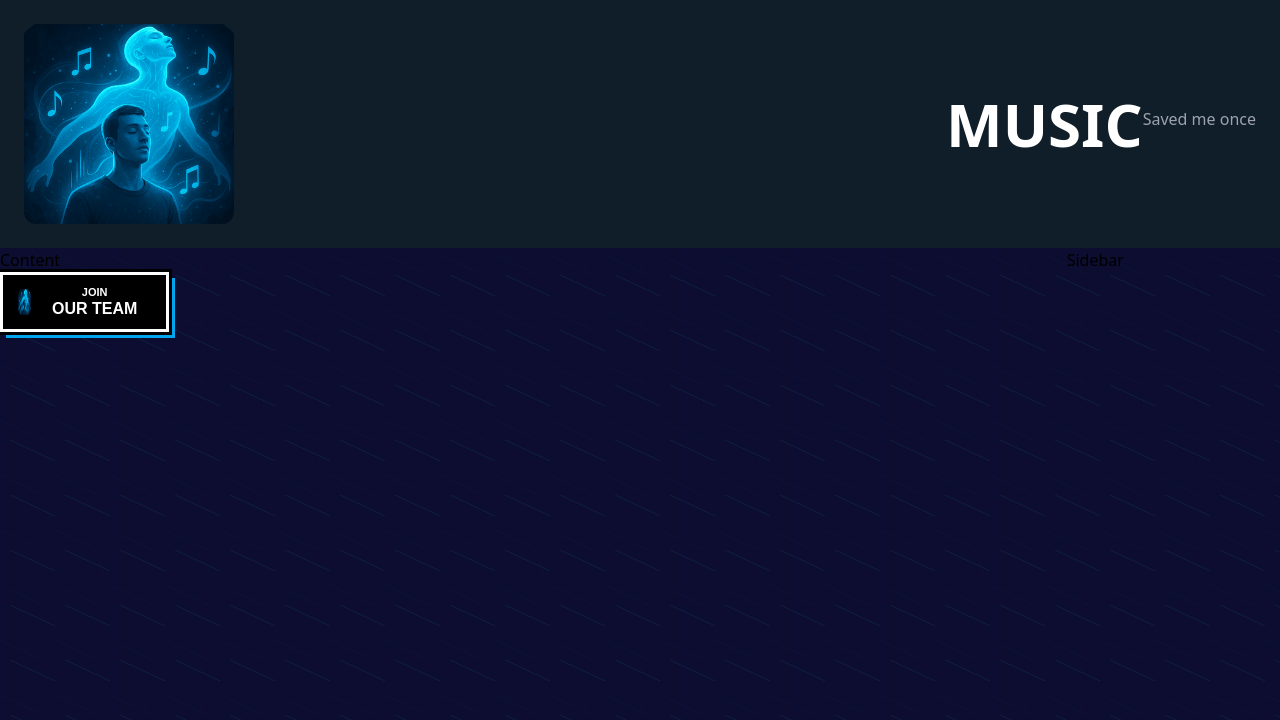
Repository: ItsMe-Pal/something
Page: index.html
An editor plug-in stored every save of this project. The page is shown before and after the next save, followed by the edit.
The browser window is 1280 px wide. The pictures show the whole page.
The style sheet was rebuilt from its Sass, Less or Tailwind sources for each picture, by a compiler version that may differ from the author's.

Above is the page before, as saved 2025-06-22 18:55:15.

### index.html
<!DOCTYPE html>
<html lang="en">
<head>
    <meta charset="UTF-8">
    <meta name="viewport" content="width=device-width, initial-scale=1.0">
    <title></title>

    <link rel="stylesheet" href="/manifest.json">

    <script src="https://cdn.jsdelivr.net/npm/@tailwindcss/browser@4"></script>
    <script src="https://code.jquery.com/jquery-3.7.1.js" integrity="sha256-eKhayi8LEQwp4NKxN+CfCh+3qOVUtJn3QNZ0TciWLP4=" crossorigin="anonymous"></script>

    <link rel="stylesheet" href="/styles/main.css">
</head>
<body>
    <div id="bg">

    <div class="relative flex gap-[2%] flex-wrap content-start">
        <div class="w-full h-[5%]">


                <header style="background-color: #0f1e29;">
                    <nav class="mx-auto flex max-w-7xl items-center justify-between p-6 lg:px-8" aria-label="Global">
                      <div class="flex lg:flex-1">

                          <img class="h-50 w-auto rounded-xl" src="/imgs/icons/icon-512x512.png" alt="" />
                      </div>


                      <div class=" lg:flex lg:flex-1 lg:justify-end">
                        <span class="word1">MUSIC</span>
                        <p class="word2">Saved me once</p>
                       </div>
                    </nav>

                  </header>
        </div>
        <div class="grow h-3/4">Content</div>
        <div class="w-1/6 h-3/4">Sidebar</div>
        <div class="w-full h-[5%]">
            <button class="brutalist-button">
                <div class="-logo">
                    <img class="-logo-icon" src="/imgs/icons/icon-512x512.png" alt="">
                </div>
                <div class="button-text">
                    <a href="http://">
                        <span>Join</span>
                        <span>Our team</span>
                    </a>
                </div>
              </button>

        </div>
      </div>

    </div>
    <script src="/src/main.js"></script>




</body>
</html>

### styles/main.scss
@use "./customs.scss";


#bg {
    position: relative;
    width: 100%;
    height: 100vh;
    --color: #001f3fe8;
    background-color: #001d33;
    background-image: linear-gradient(205deg, transparent 24%, var(--color) 25%, #0e7e87 26%, transparent 27%, transparent 74%, rgba(0, 58, 86, 0.9098039216) 75%, var(--color) 76%, transparent 77%, transparent), linear-gradient(90deg, transparent 24%, var(--color) 25%, rgba(27, 26, 17, 0.9098039216) 26%, transparent 27%, transparent 74%, rgba(19, 18, 19, 0.9098039216) 75%, var(--color) 76%, transparent 77%, transparent);
    background-size: 55px 55px;
  }
#bg:before {
    content: "";
    position: absolute;
    left: 0;
    top: 0;
    width: 100%;
    background-color: #100930c9;
    height: 100%;
}
  .word1 {
    font-size: 3.75rem;
    line-height: 1;
    font-weight: 700;
    color: #fff
  }
  .word2 {
    margin-top: 0.75rem;
    margin-bottom: 0.75rem;
    line-height: 1.625;
    color: rgba(156, 163, 175, 1);
  }


  /* From Uiverse.io by 0xnihilism */
.brutalist-button {
    display: flex;
    align-items: center;
    cursor: pointer;
    width: 169px;
    height: 60px;
    background-color: #000;
    color: #fff;
    text-decoration: none;
    font-family: Arial, sans-serif;
    font-weight: bold;
    border: 3px solid #fff;
    outline: 3px solid #000;
    box-shadow: 6px 6px 0 #00a4ef;
    transition: all 0.1s ease-out;
    padding: 0 15px;
    box-sizing: border-box;
    position: relative;
    overflow: hidden;
  }

  .brutalist-button::before {
    content: "";
    position: absolute;
    top: 0;
    left: -100%;
    width: 100%;
    height: 100%;
    background: linear-gradient(
      90deg,
      transparent,
      rgba(255, 255, 255, 0.8),
      transparent
    );
    z-index: 1;
    transition: none;
    /* Initially hide the pseudo-element */
    opacity: 0;
  }

  @keyframes slide {
    0% {
      left: -100%;
    }
    100% {
      left: 100%;
    }
  }

  .brutalist-button:hover::before {
    /* Show the pseudo-element on hover */
    opacity: 1;
    animation: slide 2s infinite;
  }

  .brutalist-button:hover {
    transform: translate(-4px, -4px);
    box-shadow: 10px 10px 0 #000;
    background-color: #000;
    color: #fff;
  }

  @keyframes slide {
    0% {
      left: -100%;
    }
    100% {
      left: 100%;
    }
  }

  .brutalist-button:active {
    transform: translate(4px, 4px);
    box-shadow: 0px 0px 0 #00a4ef;
    background-color: #fff;
    color: #000;
    border-color: #000;
  }

  /* Rest of the CSS remains the same */

  .-logo {
    display: grid;
    grid-template-columns: repeat(2, 1fr);
    gap: 1px;
    width: 26px;
    height: 26px;
    margin-right: 8px;
    flex-shrink: 0;
    transition: transform 0.2s ease-out;
    position: relative;
    z-index: 1;
  }

  .brutalist-button:hover .-logo {
    transform: rotate(-10deg) scale(1.1);
  }

  .brutalist-button:active .-logo {
    transform: rotate(10deg) scale(0.9);
  }

  .-logo-icon {
    border-radius: 30%;
    width: 100%;
    height: 100%;
  }


  .button-text {
    display: flex;
    flex-direction: column;
    line-height: 1.2;
    transition: transform 0.2s ease-out;
    position: relative;
    z-index: 1;
  }

  .brutalist-button:hover .button-text {
    transform: skew(-5deg);
  }

  .brutalist-button:active .button-text {
    transform: skew(5deg);
  }

  .button-text span:first-child {
    font-size: 11px;
    text-transform: uppercase;
    display: block;
  }

  .button-text span:last-child {
    font-size: 16px;
    text-transform: uppercase;
  }

Loaded but not shown: manifest.json (58 lines, source omitted); src/main.js (6 lines, source omitted); styles/customs.scss (846 lines, source omitted)

After the next save:
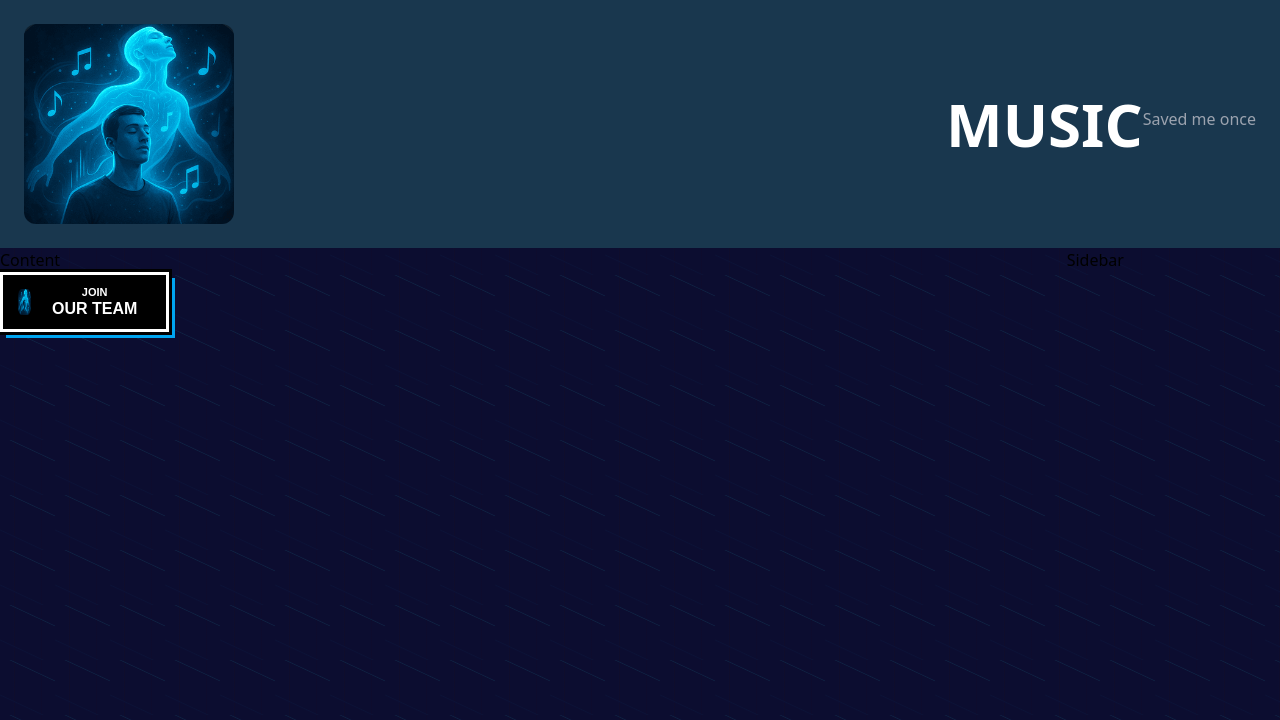
Saved 55 s later.
--- a/index.html
+++ b/index.html
@@ -19,7 +19,7 @@
         <div class="w-full h-[5%]">
 
 
-                <header style="background-color: #0f1e29;">
+                <header style="background-color: #19374e;">
                     <nav class="mx-auto flex max-w-7xl items-center justify-between p-6 lg:px-8" aria-label="Global">
                       <div class="flex lg:flex-1">
 

After the save that followed:
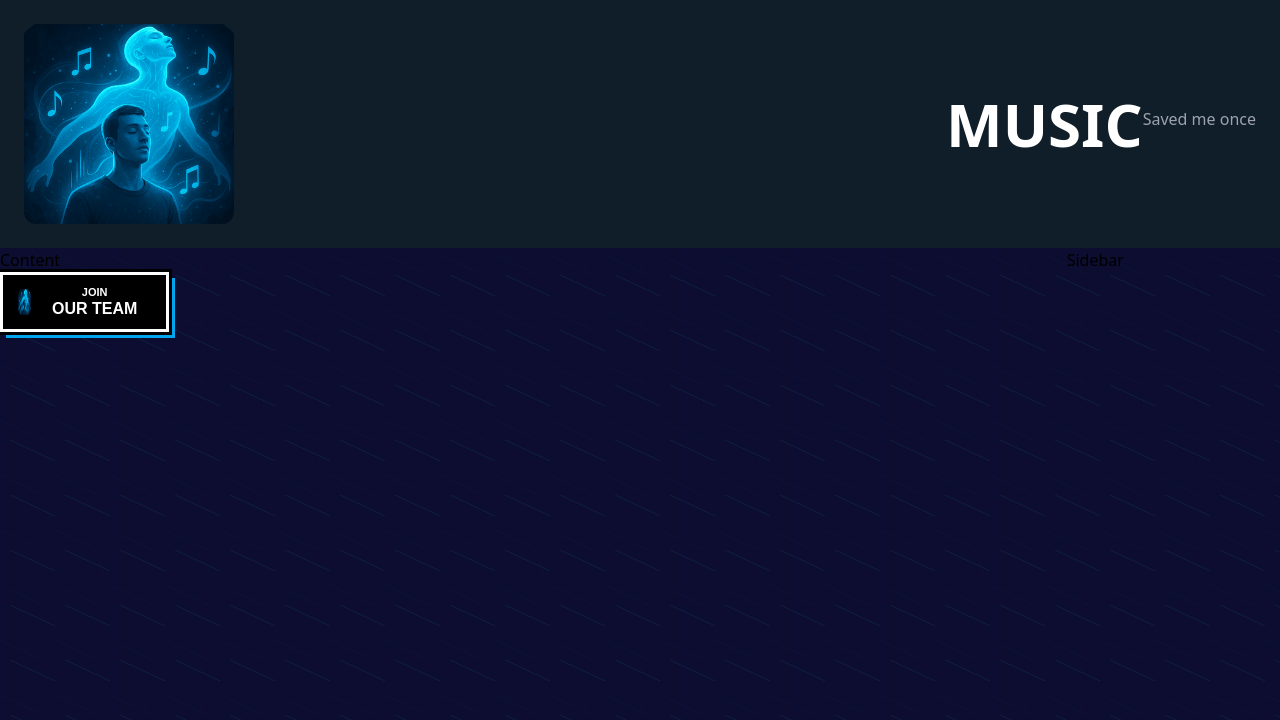
Saved 7 s later.
--- a/index.html
+++ b/index.html
@@ -19,7 +19,7 @@
         <div class="w-full h-[5%]">
 
 
-                <header style="background-color: #19374e;">
+                <header style="background-color: #0f1e29;">
                     <nav class="mx-auto flex max-w-7xl items-center justify-between p-6 lg:px-8" aria-label="Global">
                       <div class="flex lg:flex-1">
 
